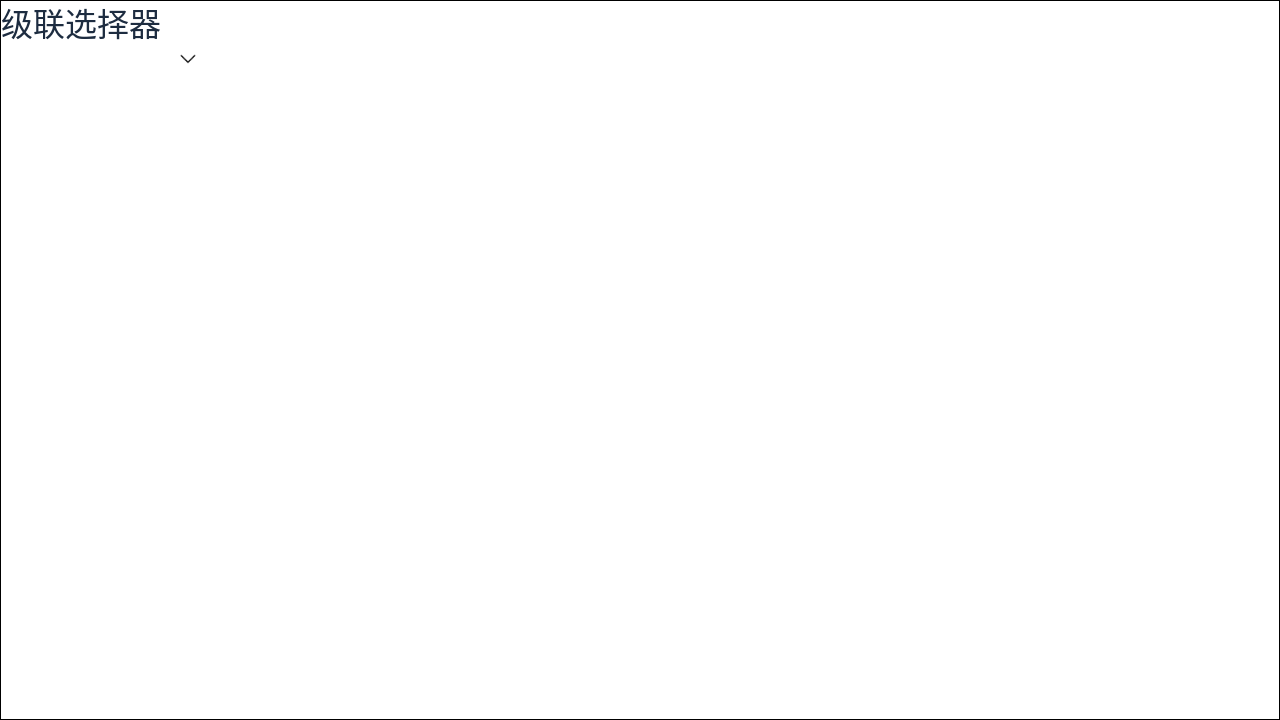
Repository: huming3272/Smile-UI
Page: /
The author's editor kept a copy of each file at every save. The page is drawn from the files as they stood at one save, then again after the next save.
The browser window is 1280 px wide. The pictures show the whole page.
The project was rebuilt for these pictures with package versions that can differ from the ones it lists, and the page was loaded fresh each time. Also part of the build but not shown: src/lib/gulu.scss, src/lib/svg.js, src/components/Topnav.vue, src/views/Home.vue, src/lib/Breadcrumb.vue, src/views/Doc.vue, src/lib/Switch.vue, src/components/Switch/Switch1.demo.vue and 18 more. Imported but missing from the stored project, and not drawn on this page: src/lib/Tabs.vue, src/lib/openDialog.

Above is the page before, as saved 2022-06-05 19:18:31.

### index.html
<!DOCTYPE html>
<html lang="en">
<head>
  <meta charset="UTF-8">
  <link rel="icon" href="/favicon.ico" />
  <meta name="viewport" content="width=device-width, initial-scale=1.0">
  <title>Vite App</title>
  <!-- <script src="//at.alicdn.com/t/font_3242938_9kpz3740e2n.js"></script> -->
</head>
<body>
  <div id="app"></div>
  <script type="module" src="/src/main.ts"></script>
</body>
</html>

### src/main.ts
import "./lib/gulu.scss";
import "./lib/svg.js";
import "./index.scss";
import { createApp } from 'vue';
import App from './App.vue';
import router from './router/index';
import 'github-markdown-css'

const app = createApp(App)
app.use(router)
app.mount('#app')

### src/index.scss
* {
  margin: 0;
  padding: 0;
  box-sizing: border-box;
}
ul,
ol {
  list-style: none;
}
a {
  text-decoration: none;
  color: inherit;
  border-bottom: 1px solid transparent;
  &:hover {
    border-bottom: 1px solid;
    text-decoration: underline;
    cursor: pointer;
  }
}
h1,h2,h3,h4,h5,h6{
  font-weight: normal;
}
body{
  font-size: 16px;
  font-family: -apple-system, "Noto Sans",
  "Helvetica Neue",
  Helvetica, "Nimbus Sans L", Arial,
  "Liberation Sans",
  "PingFang SC",
  "Hiragino Sans GB",
  "Noto Sans CJK SC",
  "Source Han Sans SC",
  "Source Han Sans CN",
  "Microsoft YaHei",
  "Wenquanyi Micro Hei",
  "WenQuanYi Zen Hei",
  "ST Heiti",
  SimHei,
   "WenQuanYi Zen Hei Sharp",
  sans-serif;
  line-height: 1.5;
  color: #1d2c40;
}
.icon {
  width: 1em; height: 1em;
  vertical-align: -0.15em;
  fill: currentColor;
  overflow: hidden;
}

### src/App.vue
<template>
  <router-view class="window"/>
</template>

<script lang='ts'>
import {ref,provide} from 'vue'
import router from './router/index'
export default {
  name: 'App',

  setup(){
    const width = document.documentElement.clientWidth;
    //获取窗口宽度
    const menuVisible = ref(width <= 500 ? false : true);
    const toggleAside = ref(false)


    //检测窗口宽度
    //定义初值，类似vue2的data

    provide('menuVisible',menuVisible)//set
    //provide提供menuVisible给全局
    provide('toggleAside',toggleAside)
    // const currentPath = route.matched[route.matched.length-1].path
    // const breadcrumbList = currentPath.split('/')
  },


}
</script>
<style lang="scss">
  *{
    padding: 0;
    margin: 0;
    list-style: none;
  }
  .window{
    height: 100vh;
    overflow-y:scroll;
  }
</style>

### src/router/index.ts
import { createWebHashHistory, createRouter } from 'vue-router'
import Home from '../views/Home.vue'
import Doc from '../views/Doc.vue'
import Switch from '../components/Switch/SwitchDemo.vue'
import Button from '../components/Button/ButtonDemo.vue'
import Dialog from '../components/Dialog/DialogDemo.vue'
import Tabs from '../components/Tabs/TabsDemo.vue'
import DocDemo from '../components/DocDemo.vue'
import Breadcrumb from '../components/Breadcrumb/BreadcrumbDemo.vue'
import Cascader from '../lib/Cascader.vue'

import Intro from '../views/Intro.vue';
import GetStarted from '../views/GetStarted.vue'
import Install from '../views/Install.vue'
import Text from '../lib/text.vue'
import notFound from '../views/notFound.vue'

import { h } from 'vue';
import Markdown from '../components/Markdown.vue';
const md = (filename) => { return h(Markdown, { path: `../markdown/${filename}.md`, key: filename }) }
//  必须加上不同的key，不然切换组件后，渲染会失败
const history = createWebHashHistory()
// hash型路由
const router = createRouter(
    // 创建路由器
    {
        history: history,
        routes: [
            {
                path: '/',
                meta: {
                    title: '级联选择器'
                },
                 component: Cascader,
            },
            {
                path: '/',
                meta: {
                    title: '首页'
                },
                 component: Home,
            },
            {
                path: '/doc', component: Doc,
                meta: {
                            title: '文档'
                        },
                children: [
                    {
                        path: '', component: DocDemo,
                    },
                    {
                        path: 'switch', component: Switch,
                        meta: {
                            title: '开关'
                        }
                    },
                    {
                        path: 'button', component: Button,
                        meta: {
                            title: '按钮'
                        }
                    },
                    {
                        path: 'dialog', component: Dialog,
                        meta: {
                            title: '对话框'
                        }
                    },
                    {
                        path: 'tabs', component: Tabs,
                        meta: {
                            title: '选项卡'
                        }
                    },
                    {
                        path: 'breadcrumb', component: Breadcrumb,
                        meta: {
                            title: '面包屑'
                        }
                    },
                    {
                        path: "intro", component: md('intro'),
                        meta: {
                            title: '介绍'
                        }
                    },
                    {
                        path: "get-started", component: md('get-started'),
                        meta: {
                            title: '开始'
                        }
                    },
                    {
                        path: "install", component: md('install'),
                        meta: {
                            title: '安装'
                        }
                    },
                ]
            },
            {
                path: "/404",
                name: 'notFound',
                component: notFound
            },
            {
                path: '/:pathMatch(.*)',redirect: '/404',
                //  catchAll
                // 配置任意未知页面404未找到
                meta:{
                    title: '404'
                }
            }
        ]
    }
)


export default router

### src/lib/Cascader.vue
<template>
  <div class="cascader">
    <h1>级联选择器</h1>

    <div class="inputWrapper">
      <input
      type="text"
      @focus="handleClick('focus')"
      @blur="handleClick('blur')"
      v-model="checkedValue"
    />
      <img class="arrow" :class="{'rotateArrow':open}" src="../assets/arrow-down.png" alt=""/>
    </div>
    <CascaderSelector
      class="CascaderSelector"
      v-model:source="util"
      @patch="onPatch"
      v-show="open"
      id="style"
    />
  </div>
</template>
<script lang="ts">
import CascaderSelector from "./CascaderSelector.vue";
import { ref } from "vue";
export default {
  name: "Cascader",
  components: {
    CascaderSelector,
  },
  setup() {
    let checkedValue = ref<string>("");
    let open = ref<boolean>(false);
    const data = [
      {
        label: "a",
        name: "动物",

        children: [
          {
            label: "a_1",
            name: "狮子",
          },
          {
            label: "a_2",
            name: "老虎",
          },
          {
            label: "a_3",
            name: "猫咪",

            children: [
              {
                label: "a_3_1",
                name: "俄罗斯蓝猫",
              },
              {
                label: "a_3_2",
                name: "暹罗猫",
              },
              {
                label: "a_3_3",
                name: "田园猫",
              },
            ],
          },
        ],
      },
      {
        label: "b",
        name: "昆虫",

        children: [
          {
            label: "b_1",
            name: "蚂蚁",
          },
          {
            label: "b_2",
            name: "蟑螂",

            children: [
              {
                label: "b_2_1",
                name: "白蟑螂",
              },
              {
                label: "b_2_2",
                name: "黑蟑螂",
              },
              {
                label: "b_2_3",
                name: "红蟑螂",
              },
            ],
          },
          {
            label: "b_3",
            name: "甲虫",
          },
        ],
      },
    ];
    const handleClick = (event) => {
      if (event === "focus") {
        open.value = true;
        // checkedValue.value = "";
      }
    };
    const onPatch = (val) => {
      let string = val.join("/");
      checkedValue.value = string;
      window.alert(`你选择了${string}`)
      open.value = false;
    };
    const util = ref(data);
    return {
      util,
      checkedValue,
      open,
      onPatch,
      handleClick,
    };
  },
};
</script>
<style lang="scss" scoped>
  .cascader{

    border:1px solid black;
  }
  .inputWrapper{
    display: flex;
    align-items: center;
    input{
      border: none;
    }
     .arrow{
      transition: all 0.5s;
      transform: rotate(0deg);
      width: 20px;
  }
  }

  .CascaderSelector{
    margin-left: 20px;
    border-left: 1px solid rgb(213, 213, 255);
  }
  .rotateArrow{
     transform: rotate(-180deg) !important;
  }
</style>

### src/lib/CascaderSelector.vue
<template>
  <div class="cascaderSelector">
    <div class="item">
        <li v-for="item,index in source" @click="choose(index, $event)" :key="item.label"
          :class="[index==actId? 'active':'']"
        >
          <span>
            {{item.name}}
          </span>
          <img v-show="item?.children?.length > 0" class="rightArrow" src="../assets/arrow-down.png" alt="">
        </li>
    </div>
      <div class="selector" v-if="actId>-1 && source[actId].children">
        <IniCascader  v-model:source="source[actId].children" :activeId="actId" @patch="onPatch" :selected="selected">
        </IniCascader>
      </div>
  </div>
</template>
<script lang="ts">
import {defineAsyncComponent, ref, reactive} from 'vue'

export default {
  // 参考https://wenku.baidu.com/view/179a1af130d4b14e852458fb770bf78a65293a67.html
  // https://dandelioncloud.cn/article/details/1488173854068690945
  // https://dandelioncloud.cn/article/details/1426183821665615874
  name: "CascaderSelector",
  components:{
    IniCascader: defineAsyncComponent(() => import('./CascaderSelector.vue'))
  },
  props: {
      source: {
          type: Array,
      },
      activeId: {
          type: Number,
      },
      selected: {
         type: Array,
         default: ()=>{
           return []
         }
      }
  },
  setup(props, content) {
    // console.log(props.activeId, '传递子索引')
    let iniIndex = ref<number>()
    let actId = ref<number>()
    let copyItem = ref([])
    let selected = ref([])
    let once = ref<boolean>(true)
    const choose = (index, event) => {
        actId.value = index
        // console.log(props.source[actId.value].children, 'choose')
        // console.log(props.source[actId].children)
        // copyItem.value = copyItem.value.concat(props.itemGroud)
        selected.value = [props.source[actId.value].name]
        if (!props.source[actId.value].children) {
          // console.log('name', props.source[actId.value])
          // console.log(copyItem, '数组')
          // content.emit("patch", props.source[actId.value].name)
          content.emit("patch", selected.value )
        }
        // console.dir(event)
    }
    const onPatch = (val) => {
      // if (props.source[props.activeId]?.name) {
        // let checkedVal = props?.source?.[props.activeId]?.name + '/' + val;
        let checkedVal = []
        checkedVal = selected.value.concat(val)
        // copyItem.value.push(props.source[actId.value].name)
        // console.log(props.activeId, 'id', event)
      // content.emit('patch', checkedVal)
      // console.log(1)
        content.emit('patch', checkedVal)
      // console.log(2)
      // console.log(props.activeId, 'patch')
      //点击之后下一个组件显示，activeId初始化-1
      // }
    }
    return{
      choose, onPatch, actId, copyItem, selected
    }
  },
};
</script>
<style lang="scss" scoped>
.cascaderSelector{
  display: flex;
.item{
  padding:0 10px;
  border-right: 1px solid rgb(213, 213, 255);
  border-top: 1px solid rgb(213, 213, 255);
  border-bottom: 1px solid rgb(213, 213, 255);
}
.rightBorder{
  border-right: 1px solid rgb(213, 213, 255);
}
  li{
    display: flex;
    align-items: center;
    justify-content: space-between;
    min-width: 100px;
    .rightArrow{
      transform: rotate(-90deg);
      width: 10px;
    }
  }
}
div {
  // margin-left: 10px;
}
.active{
  background: rgb(182, 182, 182);
}
.selector{

}
</style>

After the next save:
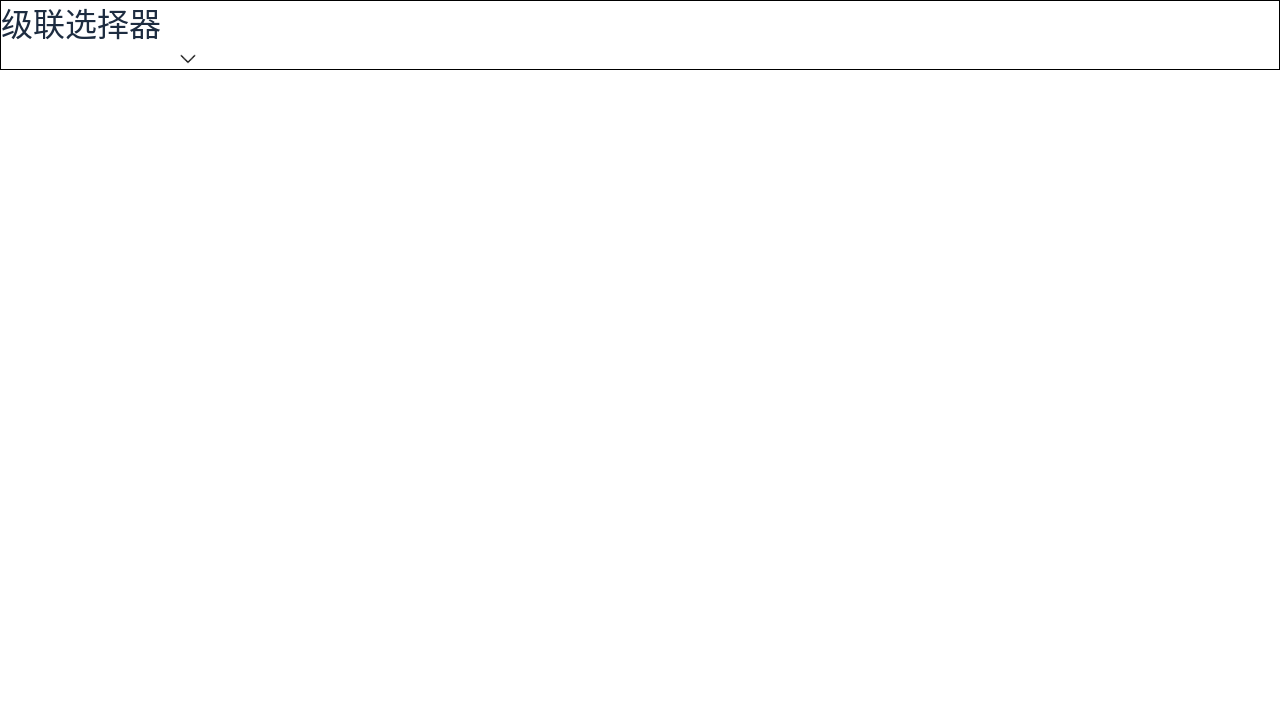
Saved 16 s later.
--- a/src/lib/Cascader.vue
+++ b/src/lib/Cascader.vue
@@ -126,6 +126,7 @@ export default {
 </script>
 <style lang="scss" scoped>
   .cascader{
+    height: auto;
 
     border:1px solid black;
   }
